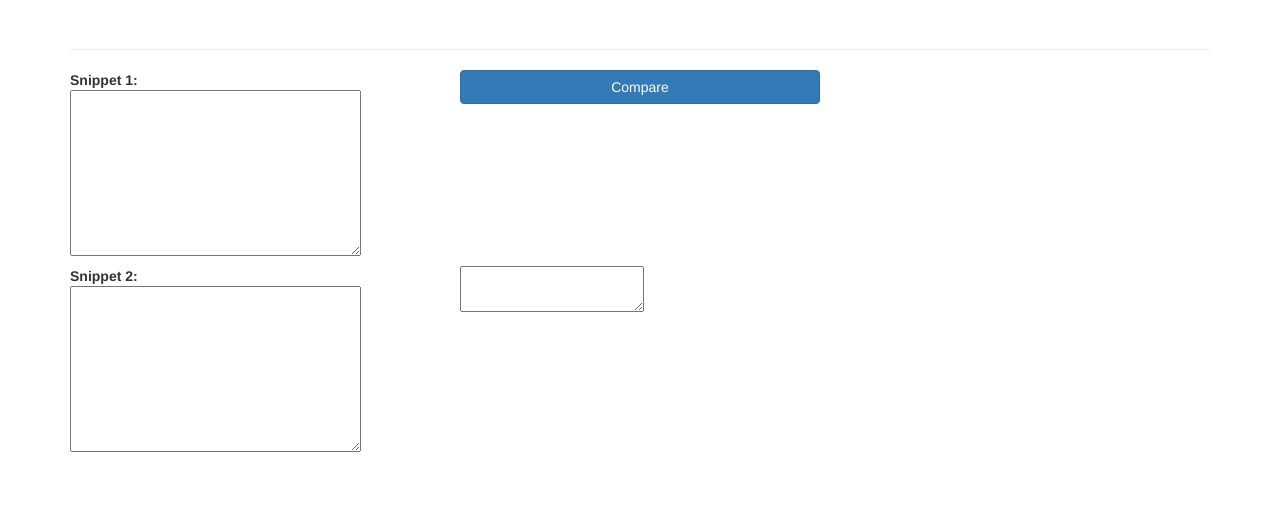
Repository: d4rkm3z/JSPerfomance
Page: index.html
These files come from the project's save history. The page is drawn as it stood at one moment and after a run of saves; the edit follows.
The browser window is 1280 px wide. The pictures show the whole page.

Above is the page before, as saved 2016-10-25 14:06:26.

After the next 2 saves:
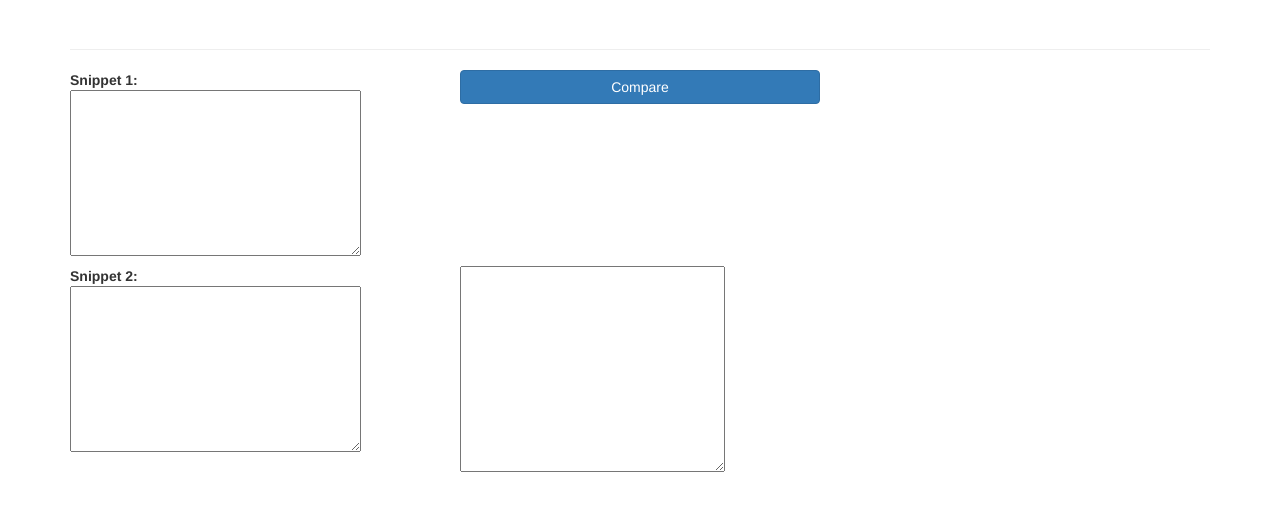
The 2 saves are shown as one change because they came seconds apart.
The last was saved 6 s later.
--- a/index.html
+++ b/index.html
@@ -36,7 +36,7 @@
       </div>
       <div class="col-sm-4">
         <span class="snippets-group snippet-result">
-          <textarea id="result" rows="" cols=""></textarea>
+          <textarea id="result" rows="10" cols="30"></textarea>
         </span>
       </div>
     </div>
